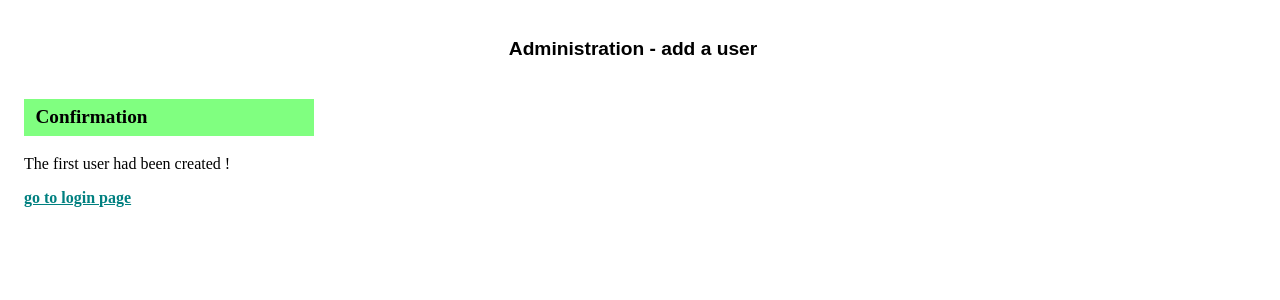
Repository: adrien2riviere/articles_application
Page: http://localhost/admin/admconf
An editor plug-in stored every save of this project. The page is shown before and after the next save, followed by the edit.
The browser window is 1280 px wide. The pictures show the whole page.
The page is this project's Thymeleaf template; nobody is signed in. The template is opened directly, without the code that normally fills it, so the values that code supplies are empty.

Above is the page before, as saved 2025-10-19 10:23:52.

After the next save:
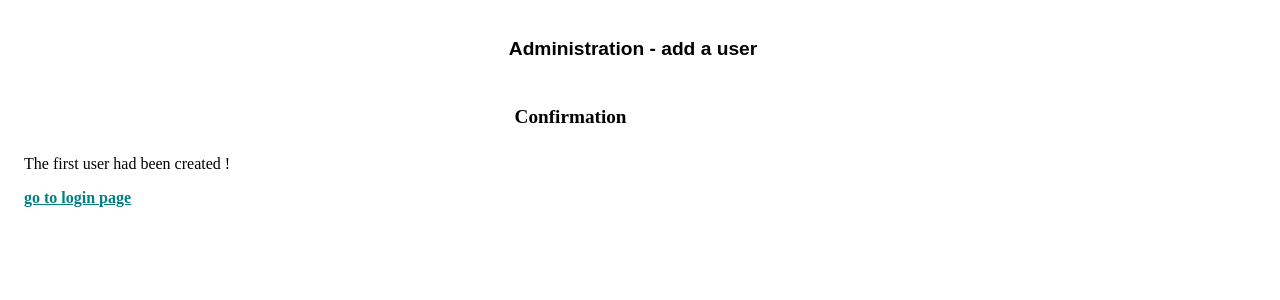
Saved 7 s later.
--- a/itemapp/itemapp/src/main/resources/static/css/admin/admconf.css
+++ b/itemapp/itemapp/src/main/resources/static/css/admin/admconf.css
@@ -15,10 +15,12 @@ h3 {
 	font-size: 1.2em;
 	padding-left:0.6em;
 	width:14.5em;
-	background-color:#80ff80;
 	padding-top:0.4em;
 	padding-bottom:0.4em;
+	margin:auto;
+	margin-bottom:1em;
 }
+
 
 
 a {
